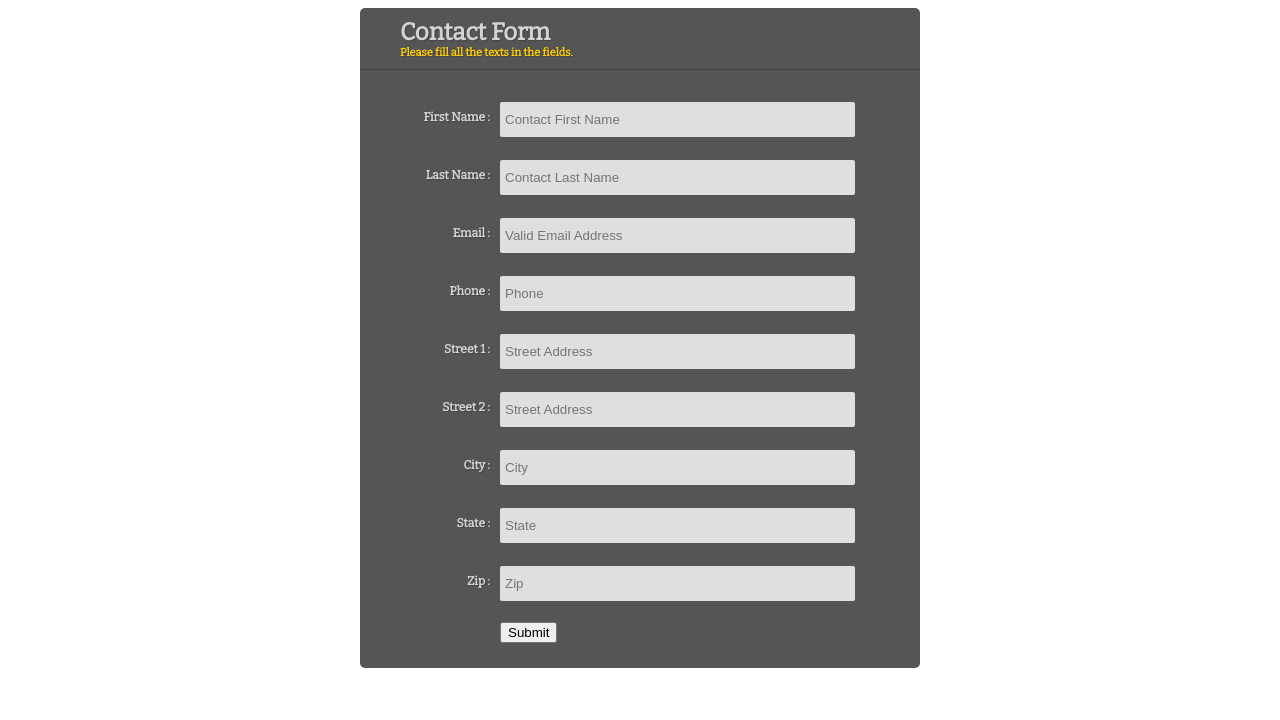
Repository: eugenehiggins/beginning-php-mysql
Page: http://localhost/create-record/add-record-form.php
The author's editor kept a record of every edit. The page is drawn from the files as they stood at one moment, then again after the next edit.
The browser window is 1280 px wide. The pictures show the whole page.
The page is run by PHP 8.4 with error messages shown; the project is at /var/www/html/.

Above is the page before.

### create-record/add-record-form.php
<!DOCTYPE html>
<html>
<head lang="en">
    <link href='https://fonts.googleapis.com/css?family=Bitter' rel='stylesheet' type='text/css'>
    <meta charset="UTF-8">
    <title>Add New Customer</title>
    <script src="../scripts/jquery-2.1.3.min.js"></script>
    <link rel="stylesheet" href="../css/form.css">
</head>
<body>
<?php $action = "add-record"; ?>
<?php include ('html-form-part.php'); ?>
</body>
</html>

### create-record/html-form-part.php
<?php

if ( $action = "add-record")
{

}

?>
<form name="personal-info" action="<?php echo $action.".php"?>" method="post" class="dark-matter ">
    <h1>Contact Form
        <span>Please fill all the texts in the fields.</span>
    </h1>
    <label>
        <span>First Name :</span>
        <input id="contactFirstName" type="text" name="contactFirstName" placeholder="Contact First Name" />
    </label>

    <label>
        <span>Last Name :</span>
        <input id="contactLastName" type="text" name="contactLastName" placeholder="Contact Last Name" />
    </label>

    <label>
        <span>Email :</span>
        <input id="email" type="email" name="email" placeholder="Valid Email Address" />
    </label>

    <label>
        <span>Phone :</span>
        <input id="phone" type="text" name="phone" placeholder="Phone" />
    </label>

    <label>
        <span>Street 1 :</span>
        <input id="addressLine1" type="text" name="addressLine1" placeholder="Street Address" />
    </label>

    <label>
        <span>Street 2 :</span>
        <input id="addressLine2" type="text" name="addressLine2" placeholder="Street Address" />
    </label>

    <label>
        <span>City :</span>
        <input id="city" type="text" name="city" placeholder="City" />
    </label>

    <label>
        <span>State :</span>
        <input id="state" type="text" name="state" placeholder="State" />
    </label>

    <label>
        <span>Zip :</span>
        <input id="postalCode" type="text" name="postalCode" placeholder="Zip" />
    </label>

     <label>
        <span>&nbsp;</span>

        <input type="submit" value="Submit">
    </label>
</form>

    <!--
    <input type="button" class="button" value="Send" />
    <legend>New customer</legend>
        <label>first name: </label><input name="contactFirstName" type="text" size="40">
        <label>last name:</label> <input name="contactLastName" type="text" size="40">
        <label>phone: </label><input name="phone" type="text" size="40">
        <label>street address:</label> <input name="addressLine1" type="text" size="40">
        <label>street address:</label> <input name="addressLine2" type="text" size="40">
        <label>city:</label> <input name="city" type="text" size="40">
        <label>state:</label> <input name="state" type="text" size="2">
        <label>zip:</label> <input name="postalCode" type="text" size="10">
        <label></label><input type="submit" value="Submit">
-->

### css/form.css
/* #### Dark Matter #### */

.dark-matter {
    margin-left: auto;
    margin-right: auto;
    max-width: 500px;
    background: #555;
    padding: 20px 30px 20px 30px;
    font: normal 12px 'Bitter','Helvetica', serif;
    color: #D3D3D3;
    text-shadow: 1px 1px 1px #444;
    border: none;
    border-radius: 5px;
    -webkit-border-radius: 5px;
    -moz-border-radius: 5px;
}
.dark-matter a{
    size: inherit;
    color: inherit;
}
.dark-matter h1 {

    padding: 0px 0px 10px 40px;
    display: block;
    border-bottom: 1px solid #444;
    margin: -10px -30px 30px -30px;
}
.dark-matter h1>span {
    color: #FFCC02;
    display: block;
    font-size: 11px;
}
.dark-matter label {
    display: block;
    margin: 0px 0px 5px;
}
.dark-matter label>span {
    float: left;
    width: 20%;
    text-align: right;
    padding-right: 10px;
    margin-top: 10px;
    font-weight: bold;
}
.dark-matter input[type="text"], .dark-matter input[type="email"], .dark-matter textarea, .dark-matter select {
    border: none;
    color: #525252;
    height: 25px;
    line-height:15px;
    margin-bottom: 16px;
    margin-right: 6px;
    margin-top: 2px;
    outline: 0 none;
    padding: 5px 0px 5px 5px;
    width: 70%;
    border-radius: 2px;
    -webkit-border-radius: 2px;
    -moz-border-radius: 2px;
    -moz-box-shadow: inset 0 1px 1px rgba(0, 0, 0, 0.075);
    background: #DFDFDF;
}
.dark-matter select {
    background: #DFDFDF url('down-arrow.png') no-repeat right;
    background: #DFDFDF url('down-arrow.png') no-repeat right;
    appearance:none;
    -webkit-appearance:none;
    -moz-appearance: none;
    text-indent: 0.01px;
    text-overflow: '';
    width: 70%;
    height: 35px;
    color: #525252;
    line-height: 25px;
}
.dark-matter textarea{
    height:100px;
    padding: 5px 0px 0px 5px;
    width: 70%;
}
.dark-matter .button {
    background: #FFCC02;
    border: none;
    padding: 10px 25px 10px 25px;
    color: #585858;
    border-radius: 4px;
    -moz-border-radius: 4px;
    -webkit-border-radius: 4px;
    text-shadow: 1px 1px 1px #FFE477;
    font-weight: bold;
    box-shadow: 1px 1px 1px #3D3D3D;
    -webkit-box-shadow:1px 1px 1px #3D3D3D;
    -moz-box-shadow:1px 1px 1px #3D3D3D;
}

.dark-matter .button:hover {
    color: #333;
    background-color: #EBEBEB;
}

Loaded but not shown: scripts/jquery-2.1.3.min.js (library)

After the next edit:
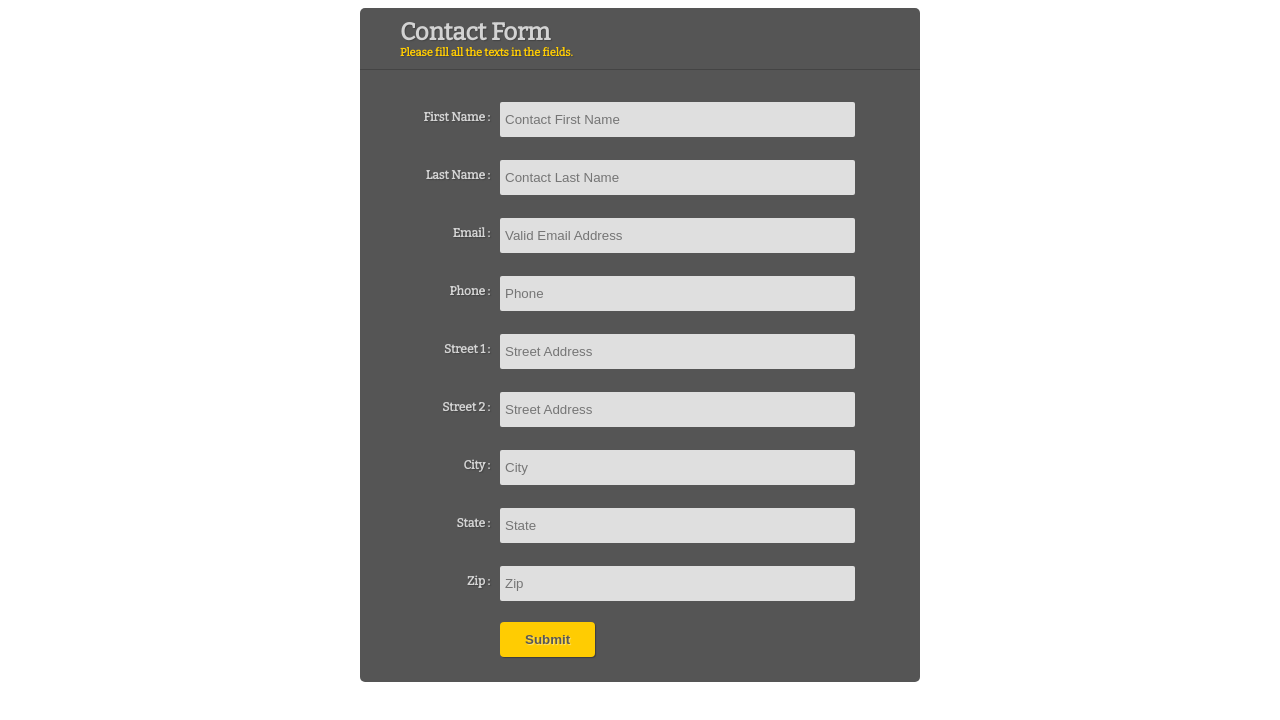
The edit:
--- a/create-record/html-form-part.php
+++ b/create-record/html-form-part.php
@@ -58,7 +58,7 @@
      <label>
         <span>&nbsp;</span>
 
-        <input type="submit" value="Submit">
+        <input type="submit" value="Submit" class="button">
     </label>
 </form>
 
